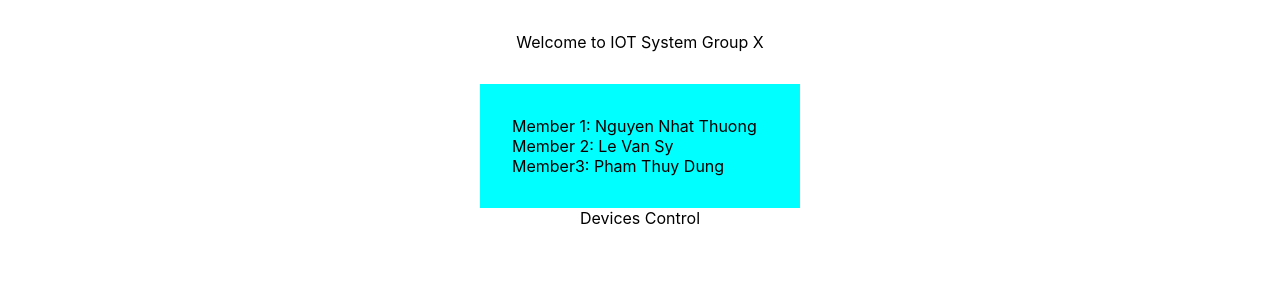
Repository: ngnhthuong/IOT_LAB
Page: /
The author's editor kept a copy of each file at every save. The page is drawn from the files as they stood at one save, then again after the next save.
The browser window is 1280 px wide. The pictures show the whole page.
The project was rebuilt for these pictures with package versions that can differ from the ones it lists, and the page was loaded fresh each time.

Above is the page before, as saved 2024-04-23 14:37:57.

### src/App.js
import "./App.css";

function App() {
  return (
    <div className="main">
      <div>

      </div>
      <div className="welcome-name">Welcome to IOT System Group X</div>
      <div className="member-name">
        <div className="member">Member 1: Nguyen Nhat Thuong</div>
        <div className="member">Member 2: Le Van Sy</div>
        <div className="member">Member3: Pham Thuy Dung</div>
      </div>
      <div>Devices Control</div>
      <div>
        <div>
          <div></div>
          <div></div>
        </div>
        <div>
          <div></div>
          <div></div>
        </div>
      </div>
    </div>
  );
}

export default App;

### src/App.css
* {
  margin: 0;
  padding: 0;
  box-sizing: border-box;
}

.main{
  width: 100vw;
  height: 100vh;
  display: flex;
  align-items: center;
  flex-direction: column;
}

.welcome-name{
  display: flex;
  justify-content: center;
  padding: 2rem;
}

.member-name{
  display: flex;
  flex-direction: column;
  background-color: aqua;
  width: 20rem;
  padding: 2rem;
}

.member{
  display: flex;
  left: 0;
}

Loaded but not shown: public/index.html (common file); src/index.js (common file); src/index.css (common file)

After the next save:
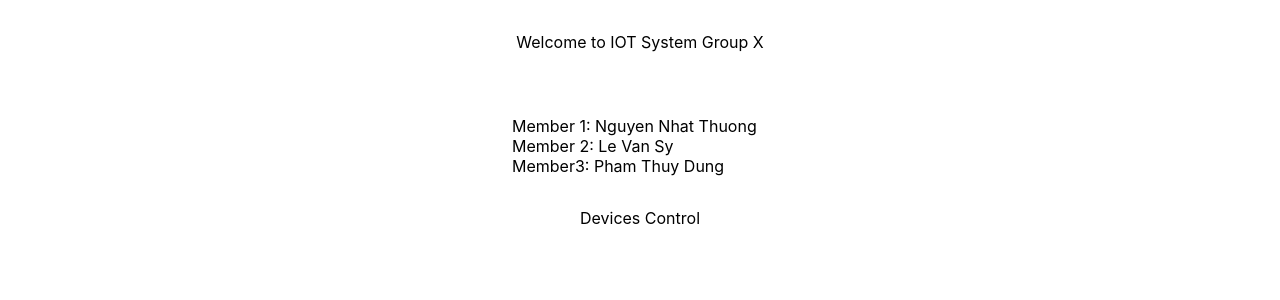
Saved 4 s later.
--- a/src/App.css
+++ b/src/App.css
@@ -21,7 +21,6 @@
 .member-name{
   display: flex;
   flex-direction: column;
-  background-color: aqua;
   width: 20rem;
   padding: 2rem;
 }
